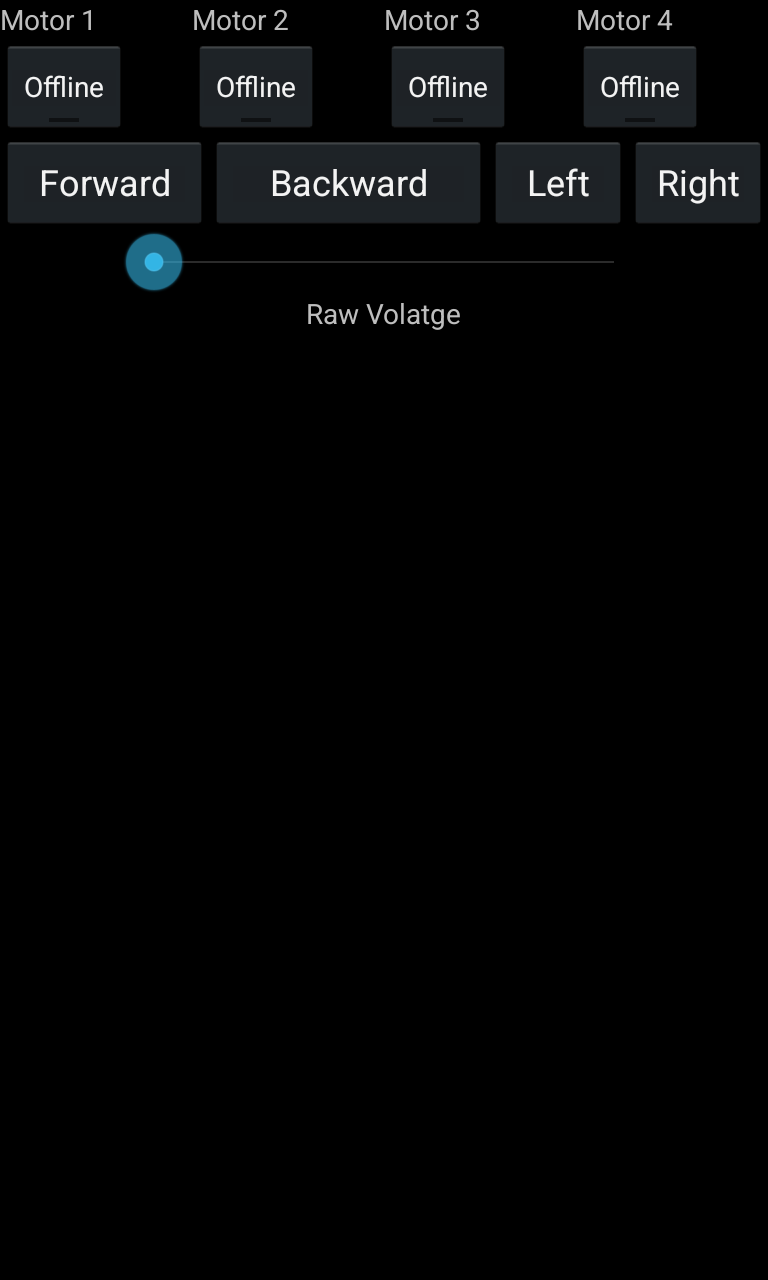
Repository: mitchtech/android_ioio_servo_control
Layout: IOIOServoControl/res/layout/main.xml
An editor plug-in stored every save of this project. The layout is shown before and after the next save, followed by the edit.
It is drawn on a 768 x 1280 px phone screen (xhdpi) without system bars, with theme android:Theme.Holo; the app's code is not run.

Above is the layout before, as saved 2013-09-20 20:07:49.

After the next save:
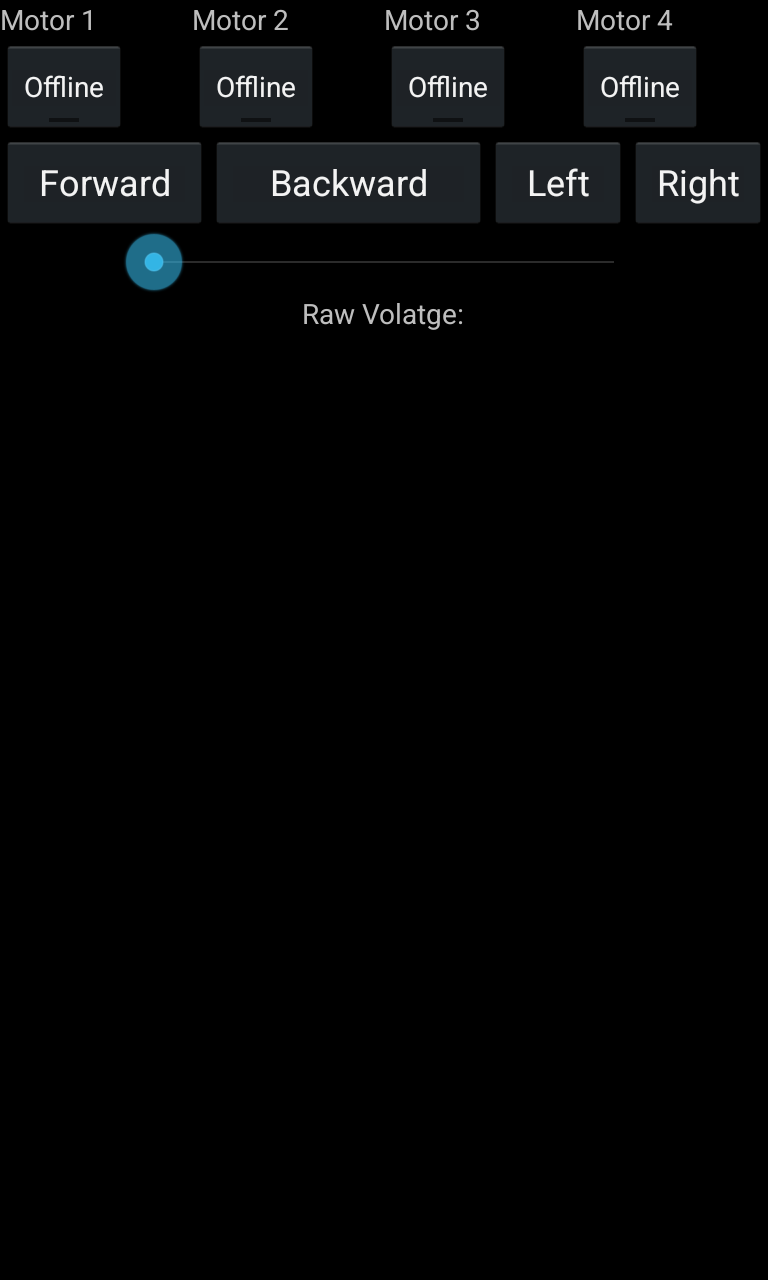
Saved 16 s later.
--- a/IOIOServoControl/res/values/strings.xml
+++ b/IOIOServoControl/res/values/strings.xml
@@ -15,5 +15,6 @@
     <string name="btnLeft">Left</string>
     <string name="btnRight">Right</string>
 
-    <string name="strRawVoltage">Raw Volatge</string>
+    <string name="strRawVoltage">Raw Volatge: </string>
+    <string name="strVoltage">Volatge: </string>
 </resources>
